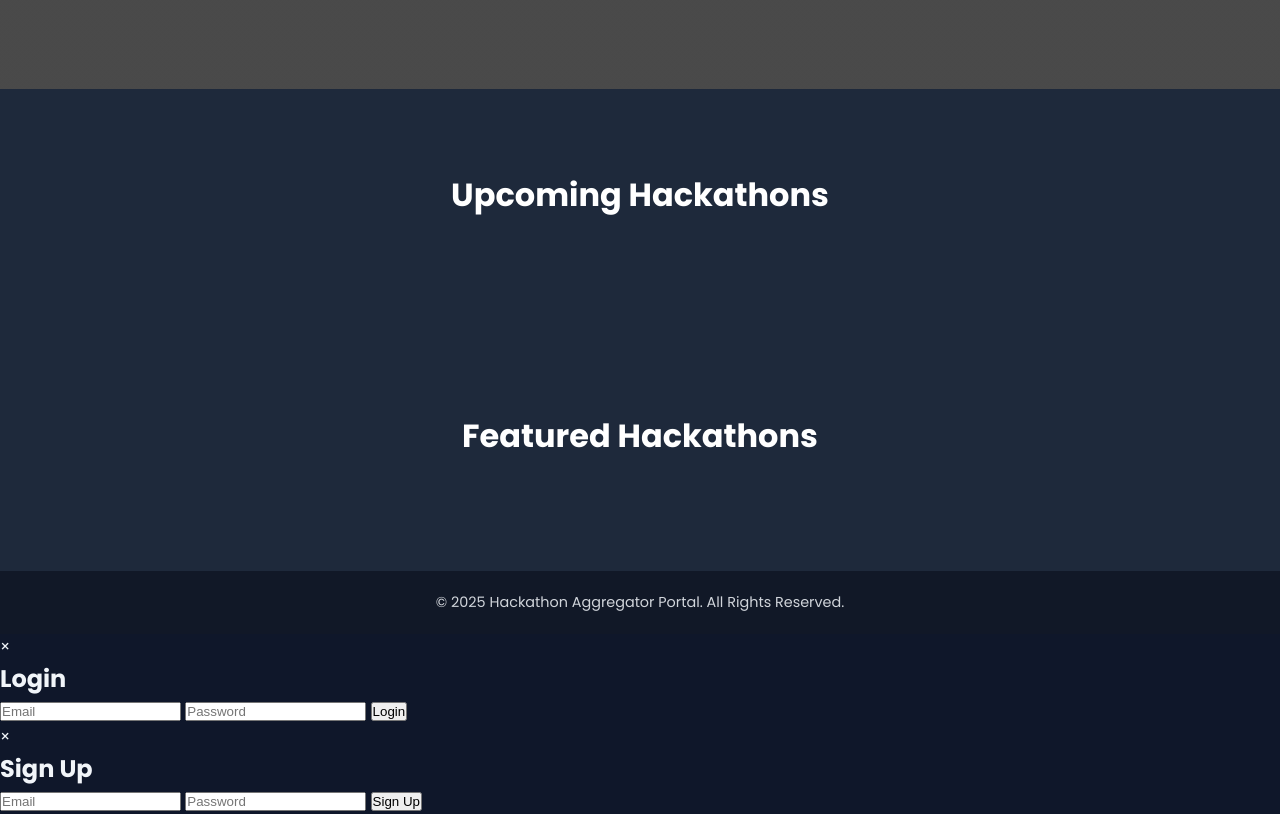
Repository: masihuddin-tech/Hackathon-Project
Page: index.html
An editor plug-in stored every save of this project. The page is shown before and after the next save, followed by the edit.
The browser window is 1280 px wide. The pictures show the part of the page from y = 631 to 1583 px (the page is 1445 px tall before and 1738 px after).
Pictures or frames that could not be fetched are drawn as grey boxes. Backgrounds fixed to the window are drawn as part of the page.

Above is the page before, as saved 2025-09-04 10:28:05.
Not found: app.js

After the next save:
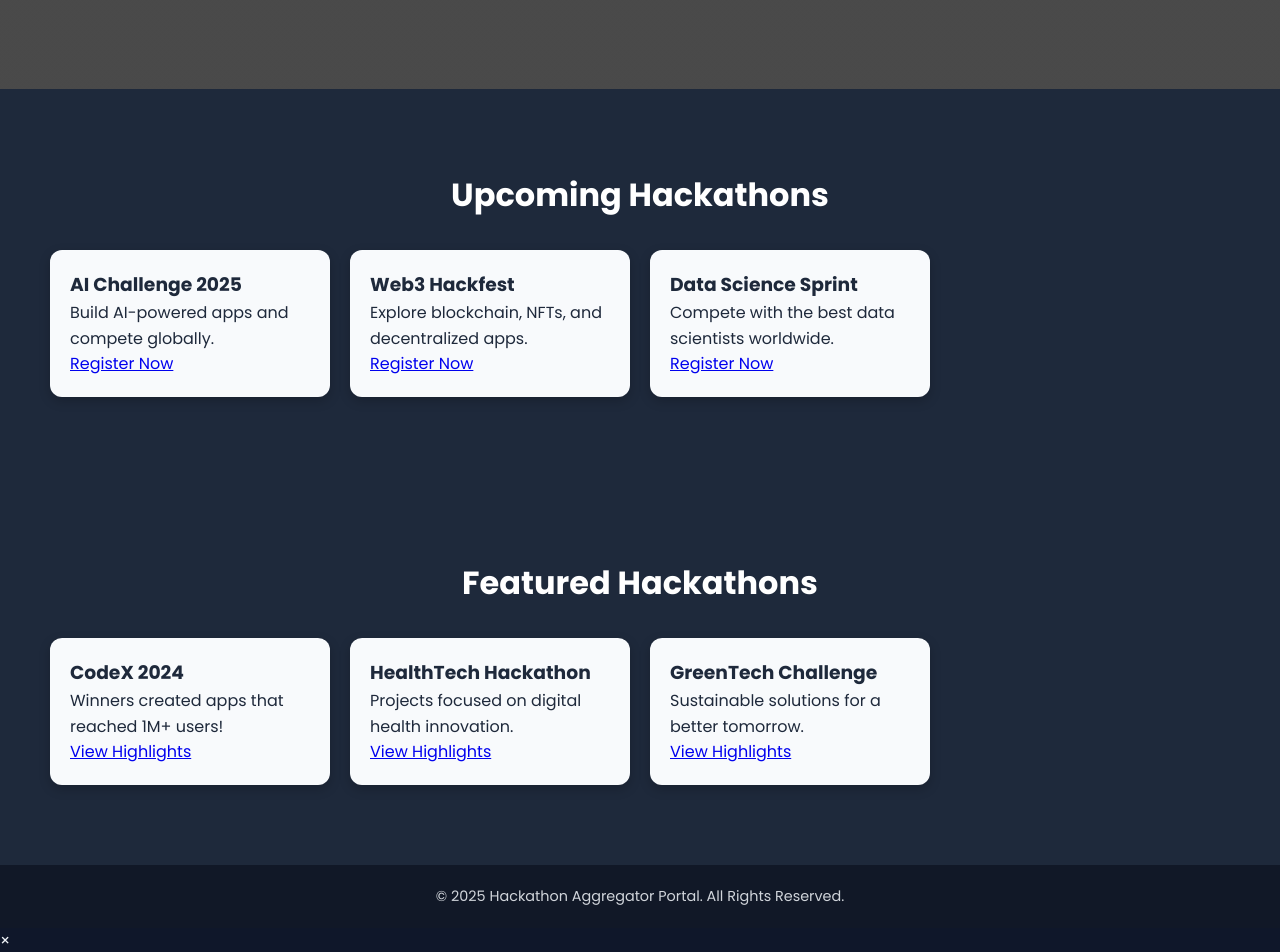
Saved 3 min 4 s later.
--- a/index.html
+++ b/index.html
@@ -35,20 +35,51 @@
   </section>
 
   <!-- Current Hackathons -->
-  <section id="current" class="hackathons-section">
-    <h2>Upcoming Hackathons</h2>
-    <div class="hackathon-grid" id="current-hackathons">
-      <!-- Loaded dynamically from Firestore -->
+<section id="current" class="hackathons-section">
+  <h2>Upcoming Hackathons</h2>
+  <div class="hackathon-grid" id="current-hackathons">
+    <!-- Dummy Cards -->
+    <div class="card">
+      <h3>AI Challenge 2025</h3>
+      <p>Build AI-powered apps and compete globally.</p>
+      <a href="#">Register Now</a>
     </div>
-  </section>
+    <div class="card">
+      <h3>Web3 Hackfest</h3>
+      <p>Explore blockchain, NFTs, and decentralized apps.</p>
+      <a href="#">Register Now</a>
+    </div>
+    <div class="card">
+      <h3>Data Science Sprint</h3>
+      <p>Compete with the best data scientists worldwide.</p>
+      <a href="#">Register Now</a>
+    </div>
+  </div>
+</section>
 
-  <!-- Past Hackathons -->
-  <section id="past" class="hackathons-section">
-    <h2>Featured Hackathons</h2>
-    <div class="hackathon-grid" id="past-hackathons">
-      <!-- Loaded dynamically from Firestore -->
+<!-- Past Hackathons -->
+<section id="past" class="hackathons-section">
+  <h2>Featured Hackathons</h2>
+  <div class="hackathon-grid" id="past-hackathons">
+    <!-- Dummy Cards -->
+    <div class="card">
+      <h3>CodeX 2024</h3>
+      <p>Winners created apps that reached 1M+ users!</p>
+      <a href="#">View Highlights</a>
     </div>
-  </section>
+    <div class="card">
+      <h3>HealthTech Hackathon</h3>
+      <p>Projects focused on digital health innovation.</p>
+      <a href="#">View Highlights</a>
+    </div>
+    <div class="card">
+      <h3>GreenTech Challenge</h3>
+      <p>Sustainable solutions for a better tomorrow.</p>
+      <a href="#">View Highlights</a>
+    </div>
+  </div>
+</section>
+
 
   <!-- Footer -->
   <footer>
